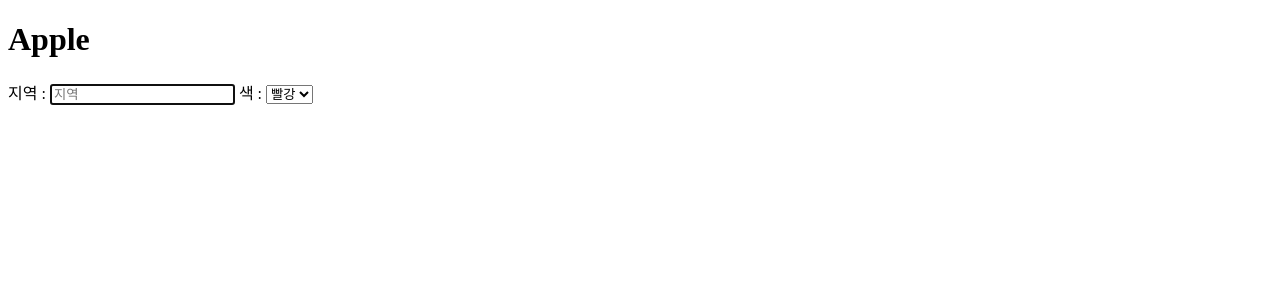
Repository: kmw7691/Soldesk
Page: http://localhost/Nov17_1_DSP_DB/apple/reg.jsp
An editor plug-in stored every save of this project. The page is shown before and after the next save, followed by the edit.
The browser window is 1280 px wide. The pictures show the whole page.
The page is served by Tomcat 9.

Above is the page before, as saved 2023-11-20 00:36:27.

After the next save:
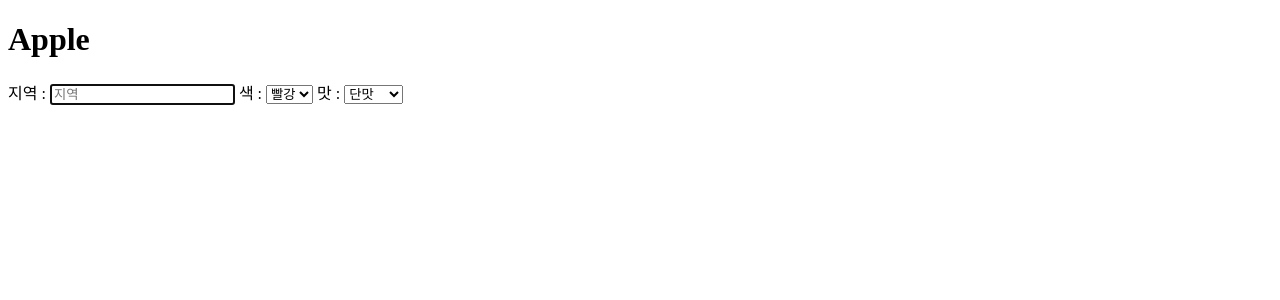
Saved 38 s later.
--- a/Nov17_1_DSP_DB/src/main/webapp/apple/reg.jsp
+++ b/Nov17_1_DSP_DB/src/main/webapp/apple/reg.jsp
@@ -11,13 +11,20 @@
 	<form action="">
 		지역 : <input name="a.location" autocomplete="off"
 		autofocus="autofocus" placeholder="지역">
-		색 : <select name="a,color">
+		색 : <select name="a.color">
 				<option>빨강</option>
 				<option>초록</option>
 				<option>파랑</option>
 				<option>검정</option>
 				<option>노랑</option>
 			</select>
+		맛 : <select name="a.flavor">
+				<option>단맛</option>
+				<option>쓴맛</option>
+				<option>신맛</option>
+				<option>매운맛</option>
+				<option>단맛</option>
+			</select>
 	</form>
 </body>
 </html>
